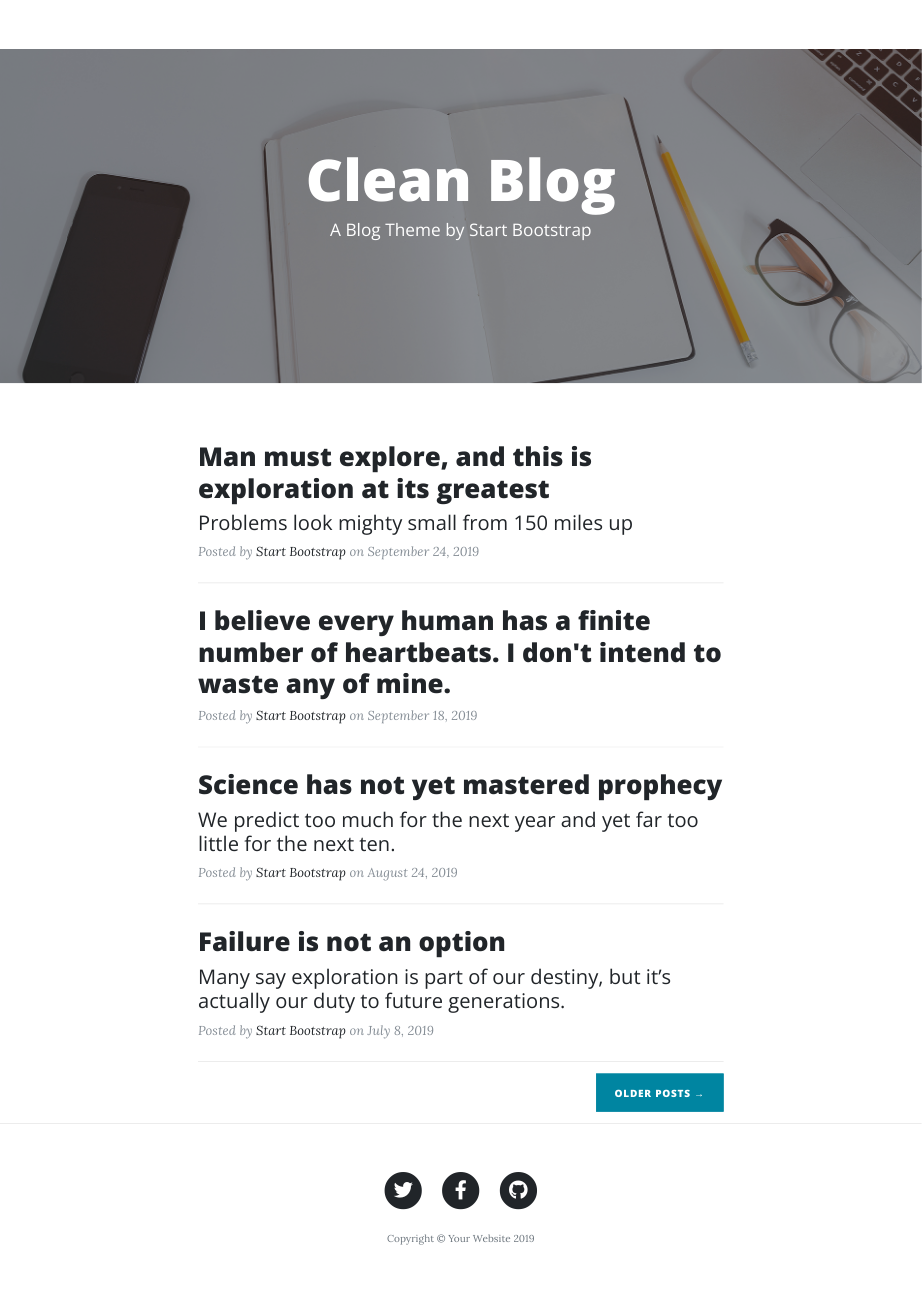
Repository: marstangg/mamasrecipes
Page: templates/index.html
The author's editor kept a record of every edit. The page is drawn from the files as they stood at one moment, then again after the next edit.
The browser window is 1280 px wide. The pictures show the whole page, at 72% of full size.
The template is drawn by Flask 3. The application's start-up code is not run. The template is opened directly, without the code that normally fills it, so the values that code supplies are empty.

Above is the page before.

After the next edit:
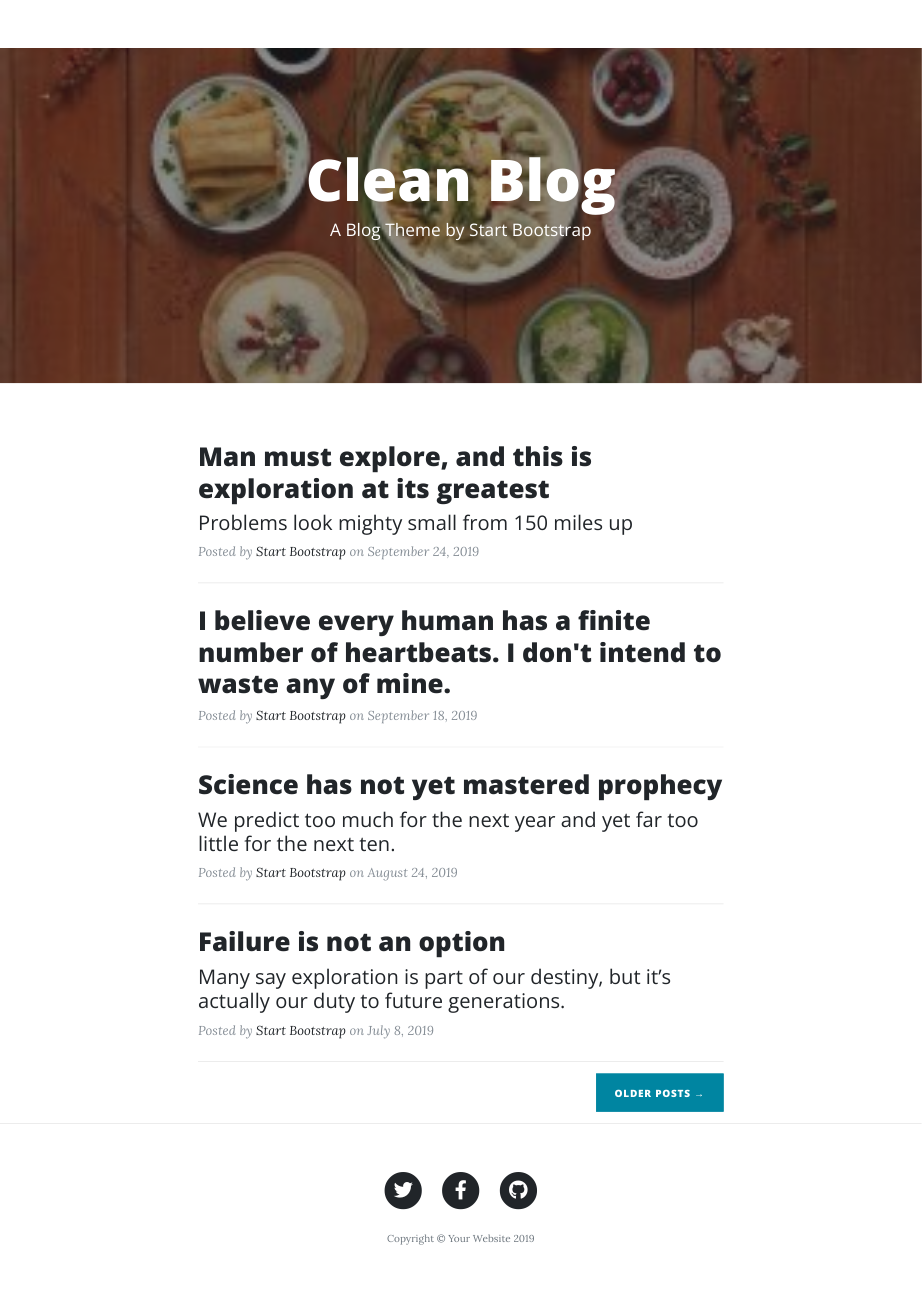
The edit:
--- a/templates/index.html
+++ b/templates/index.html
@@ -53,7 +53,7 @@
   </nav>
 
   <!-- Page Header -->
-  <header class="masthead" style="background-image: url('img/home-bg.jpg')">
+  <header class="masthead" style="background-image: url('static/img/recipehome.jpg')">
     <div class="overlay"></div>
     <div class="container">
       <div class="row">
